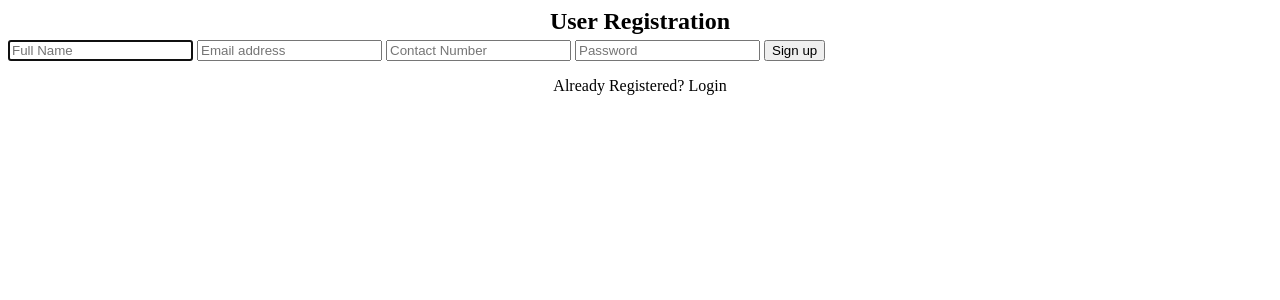
Repository: sagarpatil11/ToDo
Page: todo/src/main/webapp/templates/userregistration.html
An editor plug-in stored every save of this project. The page is shown before and after the next save, followed by the edit.
The browser window is 1280 px wide. The pictures show the whole page.

Above is the page before, as saved 2017-07-19 11:37:40.

### todo/src/main/webapp/templates/userregistration.html
<div class="container">
        <div class="card card-container">

            <h2 style="text-align: center;margin:5px">User Registration</h2>

            <form class="form-signin">

            	<input type="text" id="fullname" class="form-control" placeholder="Full Name" required autofocus>

                <input type="email" id="inputEmail" class="form-control" placeholder="Email address" required >

                 <input type="number" id="mobile" class="form-control" placeholder="Contact Number" required >

                <input type="password" id="inputPassword" class="form-control" placeholder="Password" required>

                <button class="btn btn-primary btn-block btn-signup" type="submit">Sign up</button>

            </form>

            <p style="text-align: center;">Already Registered?<a ui-sref="login"> Login</a></p>
        </div>
</div>

After the next save:
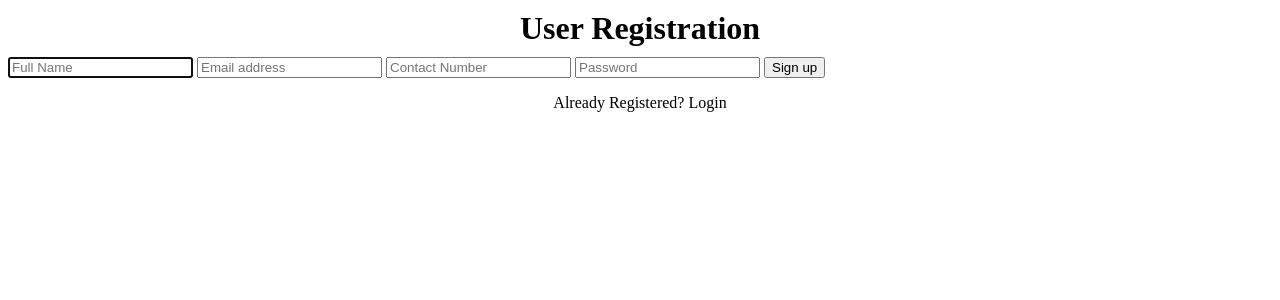
Saved 113 s later.
--- a/todo/src/main/webapp/templates/userregistration.html
+++ b/todo/src/main/webapp/templates/userregistration.html
@@ -1,7 +1,7 @@
 <div class="container">
         <div class="card card-container">
 
-            <h2 style="text-align: center;margin:5px">User Registration</h2>
+            <h1 style="text-align: center;margin:10px">User Registration</h1>
 
             <form class="form-signin">
 
